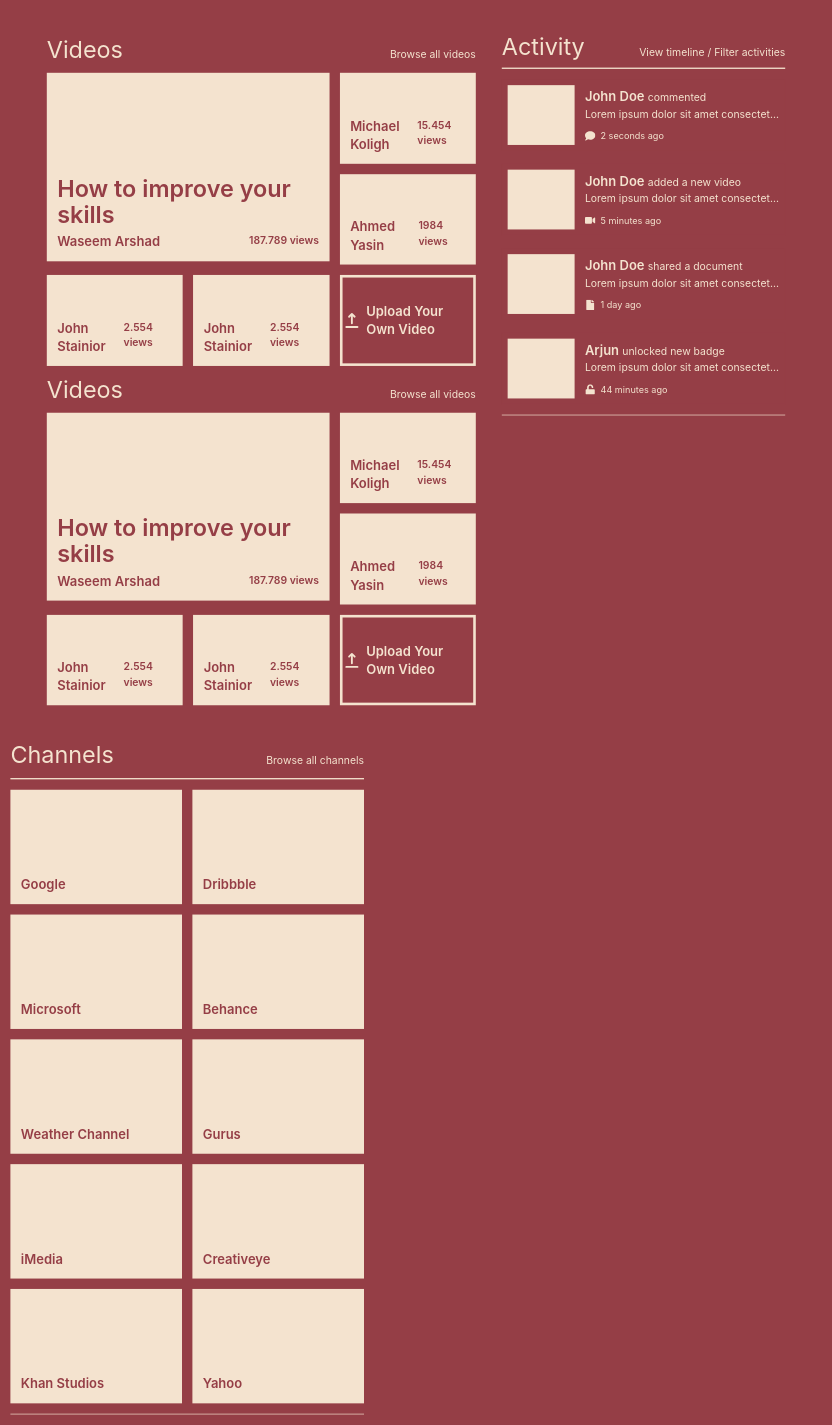
Repository: farrelmuhammad/test-salt
Page: /
An editor plug-in stored every save of this project. The page is shown before and after the next save, followed by the edit.
The browser window is 1280 px wide. The pictures show the whole page, at 65% of full size.
The project was rebuilt for these pictures with package versions that can differ from the ones it lists, and the page was loaded fresh each time. Also part of the build but not shown: src/App.css.

Above is the page before, as saved 2022-11-21 16:58:58.

### src/index.css
@tailwind base;
@tailwind components;
@tailwind utilities;

body {
  margin: 0;
  font-family: -apple-system, BlinkMacSystemFont, "Segoe UI", "Roboto", "Oxygen", "Ubuntu", "Cantarell", "Fira Sans", "Droid Sans", "Helvetica Neue", sans-serif;
  -webkit-font-smoothing: antialiased;
  -moz-osx-font-smoothing: grayscale;
  background-color: #953e46;
}

code {
  font-family: source-code-pro, Menlo, Monaco, Consolas, "Courier New", monospace;
}

@layer components {
  .box-text {
    @apply bg-[#F4E3CF] aspect-[3/2] text-[#953e46] p-4;
  }

  .card {
    @apply flex flex-row border border-[#953e46] p-2;
  }

  .hr-top {
    @apply h-[2px] bg-[#F4E3CF] border-none mb-4;
  }

  .hr-bottom {
    @apply h-[1px] bg-[#F4E3CF] border-none my-4;
  }
}

### src/App.js
import logo from "./logo.svg";
import "./App.css";
import Box from "./components/Box";
import Channels from "./components/Channels";
import Activity from "./components/Activity";
import People from "./components/People";

function App() {
  return (
    <>
      <div className="container">
        <div class="flex grid-cols-2 gap-2 m-10">
          <div className="flex-auto w-64">
            <Box />
            <People />
          </div>
          <div className="flex-auto w-8">
            <Activity />
          </div>
        </div>
      </div>
      <Channels />
    </>
  );
}

export default App;

### src/components/Box.jsx
import React from "react";
import { HiUpload } from "react-icons/hi";

const Box = () => {
  return (
    <>
      <section className="container">
        <div className="flex items-end justify-between py-4">
          <h1 className="text-4xl text-[#F4E3CF]">Videos</h1>
          <a href="" className="text-base text-[#F4E3CF]">
            Browse all videos
          </a>
        </div>

        <div class="grid grid-cols-3 gap-4">
          <div class="col-span-2 row-span-2 box-text flex flex-col justify-end">
            <h2 className="text-4xl font-semibold mb-2">How to improve your skills</h2>
            <div className="flex justify-between">
              <h4 className="text-xl font-semibold">Waseem Arshad</h4>

              <p className="text-base font-semibold">187.789 views</p>
            </div>
          </div>

          <div class="box-text flex flex-col justify-end">
            <div className="flex justify-between">
              <h4 className="text-xl font-semibold">Michael Koligh</h4>

              <p className="text-base font-semibold">15.454 views</p>
            </div>
          </div>

          <div class="box-text flex flex-col justify-end">
            <div className="flex justify-between">
              <h4 className="text-xl font-semibold">Ahmed Yasin</h4>

              <p className="text-base font-semibold">1984 views</p>
            </div>
          </div>

          <div class="box-text flex flex-col justify-end">
            <div className="flex justify-between">
              <h4 className="text-xl font-semibold">John Stainior</h4>

              <p className="text-base font-semibold">2.554 views</p>
            </div>
          </div>

          <div class="box-text flex flex-col justify-end">
            <div className="flex justify-between">
              <h4 className="text-xl font-semibold">John Stainior</h4>

              <p className="text-base font-semibold">2.554 views</p>
            </div>
          </div>

          <div class="border-4 border-[#F4E3CF] text-[#F4E3CF] flex items-center justify-center">
            <HiUpload className="rounded-full w-10 h-10 mr-2" /> <h2 className="text-xl font-semibold">Upload Your Own Video</h2>
          </div>
        </div>
      </section>
    </>
  );
};

export default Box;

### src/components/Channels.jsx
import React from "react";

const Channels = () => {
  return (
    <>
      <section className="container max-w-xl">
        <div className="flex items-end justify-between py-4">
          <h1 className="text-4xl text-[#F4E3CF]">Channels</h1>
          <a href="" className="text-base text-[#F4E3CF]">
            Browse all channels
          </a>
        </div>

        <hr className="hr-top" />

        <div class="grid grid-cols-2 gap-4 ">
          <div class="box-text text-xl font-semibold flex items-end">Google</div>
          <div class="box-text text-xl font-semibold flex items-end">Dribbble</div>
          <div class="box-text text-xl font-semibold flex items-end">Microsoft</div>
          <div class="box-text text-xl font-semibold flex items-end">Behance</div>
          <div class="box-text text-xl font-semibold flex items-end">Weather Channel</div>
          <div class="box-text text-xl font-semibold flex items-end">Gurus</div>
          <div class="box-text text-xl font-semibold flex items-end">iMedia</div>
          <div class="box-text text-xl font-semibold flex items-end">Creativeye</div>
          <div class="box-text text-xl font-semibold flex items-end">Khan Studios</div>
          <div class="box-text text-xl font-semibold flex items-end">Yahoo</div>
        </div>

        <hr className="hr-bottom" />
      </section>
    </>
  );
};

export default Channels;

### src/components/Activity.jsx
import React from "react";
import { FaComment, FaVideo, FaUnlock, FaHeart, FaFile } from "react-icons/fa";

const Activity = () => {
  return (
    <>
      <section className="container max-w-xl">
        <div className="flex items-end justify-between py-3">
          <h1 className="text-4xl text-[#F4E3CF]">Activity</h1>
          <a href="" className="text-base text-[#F4E3CF]">
            View timeline / Filter activities
          </a>
        </div>

        <hr className="hr-top" />

        <div class="flex flex-col space-y-5">
          <div class="card hover:border-[#F4E3CF]">
            <div className="w-48 bg-[#F4E3CF]"></div>

            <div class="py-1 pl-4 truncate text-[#F4E3CF]">
              <h5 class="text-xl font-semibold">
                John Doe{" "}
                <span className="text-base font-normal">commented</span>
              </h5>
              <p class="text-base mb-3 truncate">
                Lorem ipsum dolor sit amet consectetur adipisicing elit.
                Ratione, similique!
              </p>
              <p class="text-sm flex items-center">
                <FaComment className="w-4 h-4 mr-2" />2 seconds ago
              </p>
            </div>
          </div>

          <div class="card hover:border-[#F4E3CF]">
            <div className="w-48 bg-[#F4E3CF]"></div>

            <div class="py-1 pl-4 truncate text-[#F4E3CF]">
              <h5 class="text-xl font-semibold">
                John Doe{" "}
                <span className="text-base font-normal">added a new video</span>
              </h5>
              <p class="text-base mb-3 truncate">
                Lorem ipsum dolor sit amet consectetur adipisicing elit.
                Ratione, similique!
              </p>
              <p class="text-sm flex items-center">
                <FaVideo className="w-4 h-4 mr-2" />5 minutes ago
              </p>
            </div>
          </div>

          <div class="card hover:border-[#F4E3CF]">
            <div className="w-48 bg-[#F4E3CF]"></div>

            <div class="py-1 pl-4 truncate text-[#F4E3CF]">
              <h5 class="text-xl font-semibold">
                John Doe{" "}
                <span className="text-base font-normal">shared a document</span>
              </h5>
              <p class="text-base mb-3 truncate">
                Lorem ipsum dolor sit amet consectetur adipisicing elit.
                Ratione, similique!
              </p>
              <p class="text-sm flex items-center">
                <FaFile className="w-4 h-4 mr-2" />1 day ago
              </p>
            </div>
          </div>

          <div class="card hover:border-[#F4E3CF]">
            <div className="w-48 bg-[#F4E3CF]"></div>

            <div class="py-1 pl-4 truncate text-[#F4E3CF]">
              <h5 class="text-xl font-semibold">
                Arjun{" "}
                <span className="text-base font-normal">
                  unlocked new badge
                </span>
              </h5>
              <p class="text-base mb-3 truncate">
                Lorem ipsum dolor sit amet consectetur adipisicing elit.
                Ratione, similique!
              </p>
              <p class="text-sm flex items-center">
                <FaUnlock className="w-4 h-4 mr-2" />
                44 minutes ago
              </p>
            </div>
          </div>

          {/* <div class="card hover:border-[#F4E3CF]">
            <div className="w-48 bg-[#F4E3CF]"></div>

            <div class="py-1 pl-4 truncate text-[#F4E3CF]">
              <h5 class="text-xl font-semibold">
                Micheal{" "}
                <span className="text-base font-normal">
                  uploaded a new video
                </span>
              </h5>
              <p class="text-base mb-3 truncate">
                Lorem ipsum dolor sit amet consectetur adipisicing elit.
                Ratione, similique!
              </p>
              <p class="text-sm flex items-center">
                <FaVideo className="w-4 h-4 mr-2" />1 hour ago
              </p>
            </div>
          </div> */}

          {/* <div class="card hover:border-[#F4E3CF]">
            <div className="w-48 bg-[#F4E3CF]"></div>

            <div class="py-1 pl-4 truncate text-[#F4E3CF]">
              <h5 class="text-xl font-semibold">
                John Doe{" "}
                <span className="text-base font-normal">liked a video</span>
              </h5>
              <p class="text-base mb-3 truncate">
                Lorem ipsum dolor sit amet consectetur adipisicing elit.
                Ratione, similique!
              </p>
              <p class="text-sm flex items-center">
                <FaHeart className="w-4 h-4 mr-2" />
                19 minutes ago
              </p>
            </div>
          </div> */}
        </div>

        <hr className="hr-bottom" />
      </section>
    </>
  );
};

export default Activity;

### src/components/People.jsx
import React from "react";
import { HiUpload } from "react-icons/hi";

const People = () => {
  return (
    <>
      <section className="container">
        <div className="flex items-end justify-between py-4">
          <h1 className="text-4xl text-[#F4E3CF]">Videos</h1>
          <a href="" className="text-base text-[#F4E3CF]">
            Browse all videos
          </a>
        </div>

        <div class="grid grid-cols-3 gap-4">
          <div class="col-span-2 row-span-2 box-text flex flex-col justify-end">
            <h2 className="text-4xl font-semibold mb-2">How to improve your skills</h2>
            <div className="flex justify-between">
              <h4 className="text-xl font-semibold">Waseem Arshad</h4>

              <p className="text-base font-semibold">187.789 views</p>
            </div>
          </div>

          <div class="box-text flex flex-col justify-end">
            <div className="flex justify-between">
              <h4 className="text-xl font-semibold">Michael Koligh</h4>

              <p className="text-base font-semibold">15.454 views</p>
            </div>
          </div>

          <div class="box-text flex flex-col justify-end">
            <div className="flex justify-between">
              <h4 className="text-xl font-semibold">Ahmed Yasin</h4>

              <p className="text-base font-semibold">1984 views</p>
            </div>
          </div>

          <div class="box-text flex flex-col justify-end">
            <div className="flex justify-between">
              <h4 className="text-xl font-semibold">John Stainior</h4>

              <p className="text-base font-semibold">2.554 views</p>
            </div>
          </div>

          <div class="box-text flex flex-col justify-end">
            <div className="flex justify-between">
              <h4 className="text-xl font-semibold">John Stainior</h4>

              <p className="text-base font-semibold">2.554 views</p>
            </div>
          </div>

          <div class="border-4 border-[#F4E3CF] text-[#F4E3CF] flex items-center justify-center">
            <HiUpload className="rounded-full w-10 h-10 mr-2" /> <h2 className="text-xl font-semibold">Upload Your Own Video</h2>
          </div>
        </div>
      </section>
    </>
  );
};

export default People;

### tailwind.config.js
/** @type {import('tailwindcss').Config} */
module.exports = {
  content: ["./src/**/*.{js,jsx,ts,tsx}"],
  theme: {
    container: {
      padding: "16px",
    },
    extend: {
      screens: {
        sm: "640px",
        md: "768px",
        lg: "1024px",
        xl: "1280px",
        "2xl": "1320px",
      },
    },
  },
  plugins: [],
};

Loaded but not shown: public/index.html (common file); src/index.js (common file); src/reportWebVitals.js (common file)

After the next save:
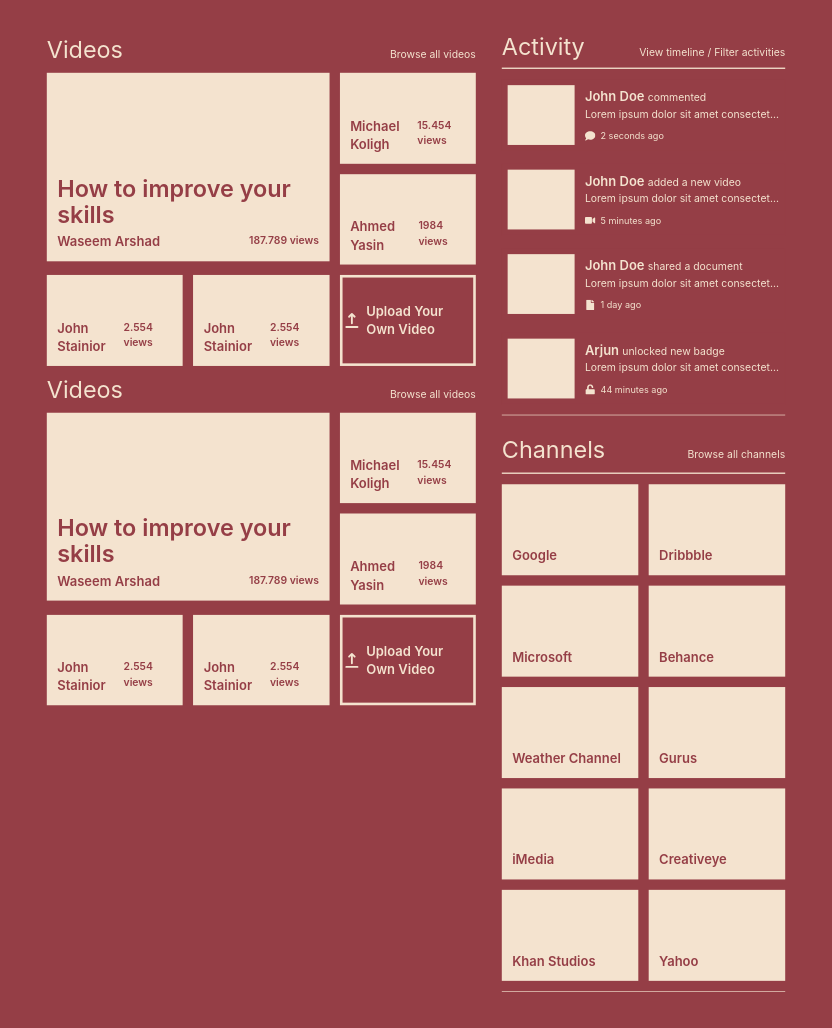
Saved 14 s later.
--- a/src/App.js
+++ b/src/App.js
@@ -16,10 +16,10 @@ function App() {
           </div>
           <div className="flex-auto w-8">
             <Activity />
+            <Channels />
           </div>
         </div>
       </div>
-      <Channels />
     </>
   );
 }
